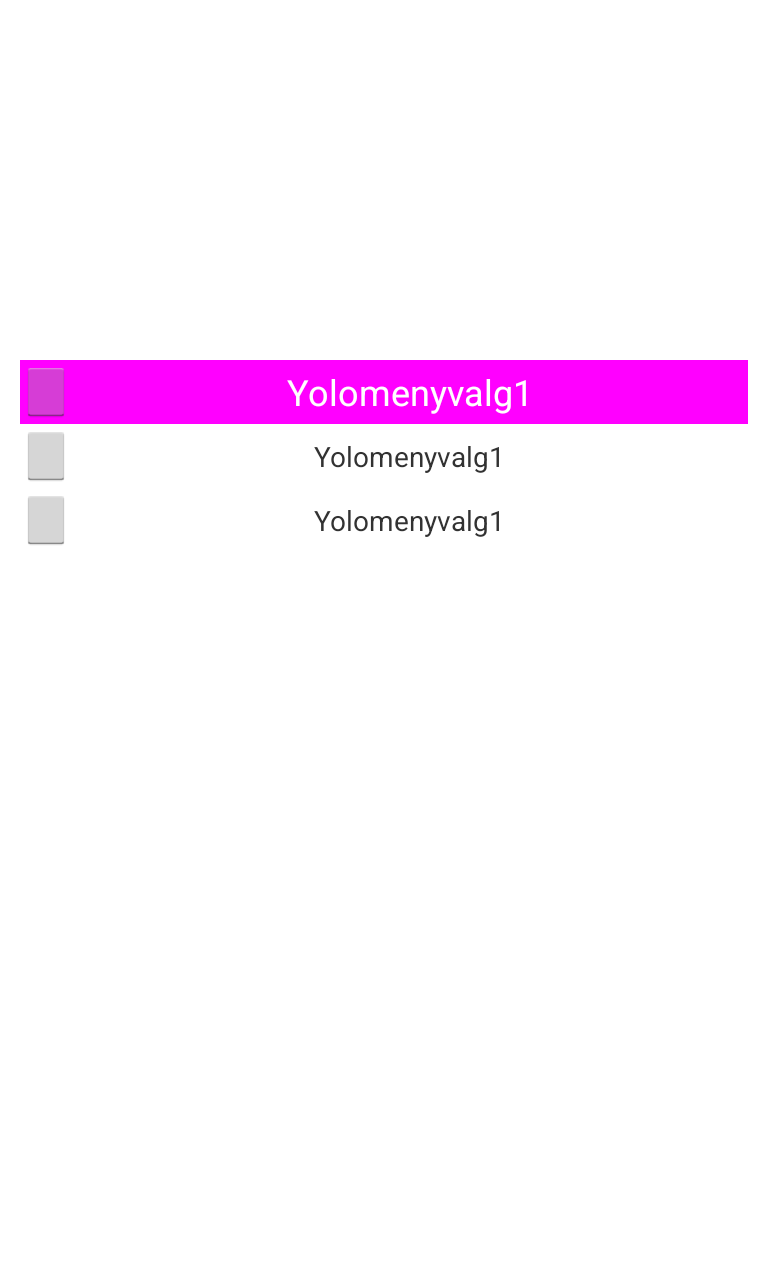
Repository: pumalove/workspace
Layout: MainActivity/res/layout/gridview.xml
An editor plug-in stored every save of this project. The layout is shown before and after the next save, followed by the edit.
It is drawn on a 768 x 1280 px phone screen (xhdpi) without system bars, with theme AppTheme; the app's code is not run. Lists and similar views that code fills are empty.

Above is the layout before, as saved 2014-03-17 12:01:28.

After the next save:
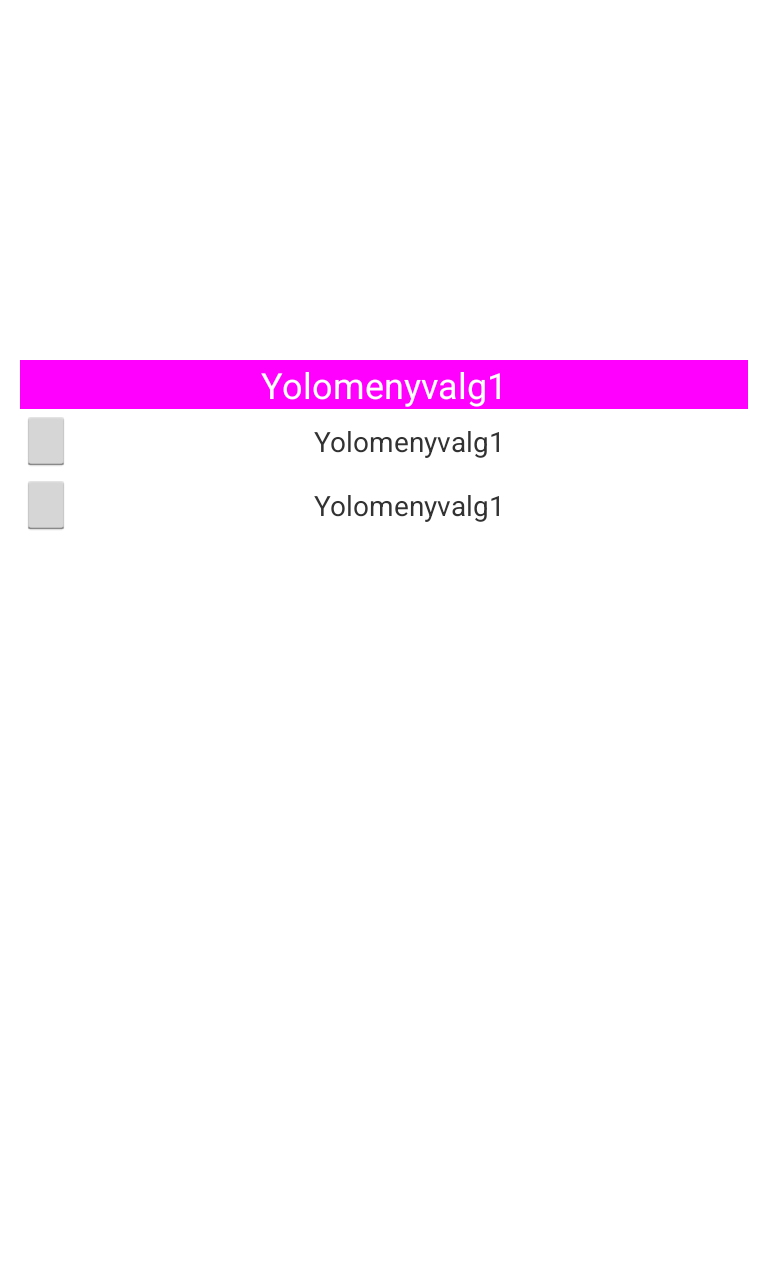
Saved 8 min 22 s later.
--- a/MainActivity/res/layout/gridview.xml
+++ b/MainActivity/res/layout/gridview.xml
@@ -42,11 +42,11 @@
             >
 
 
-            <ImageButton
-                android:id="@+id/imageButton"
+            <ImageView
+                android:id="@+id/imageView1"
                 android:layout_width="wrap_content"
                 android:layout_height="wrap_content"
-                android:layout_gravity="left"
+
                 />
 			<LinearLayout
 			    android:layout_width="fill_parent"
